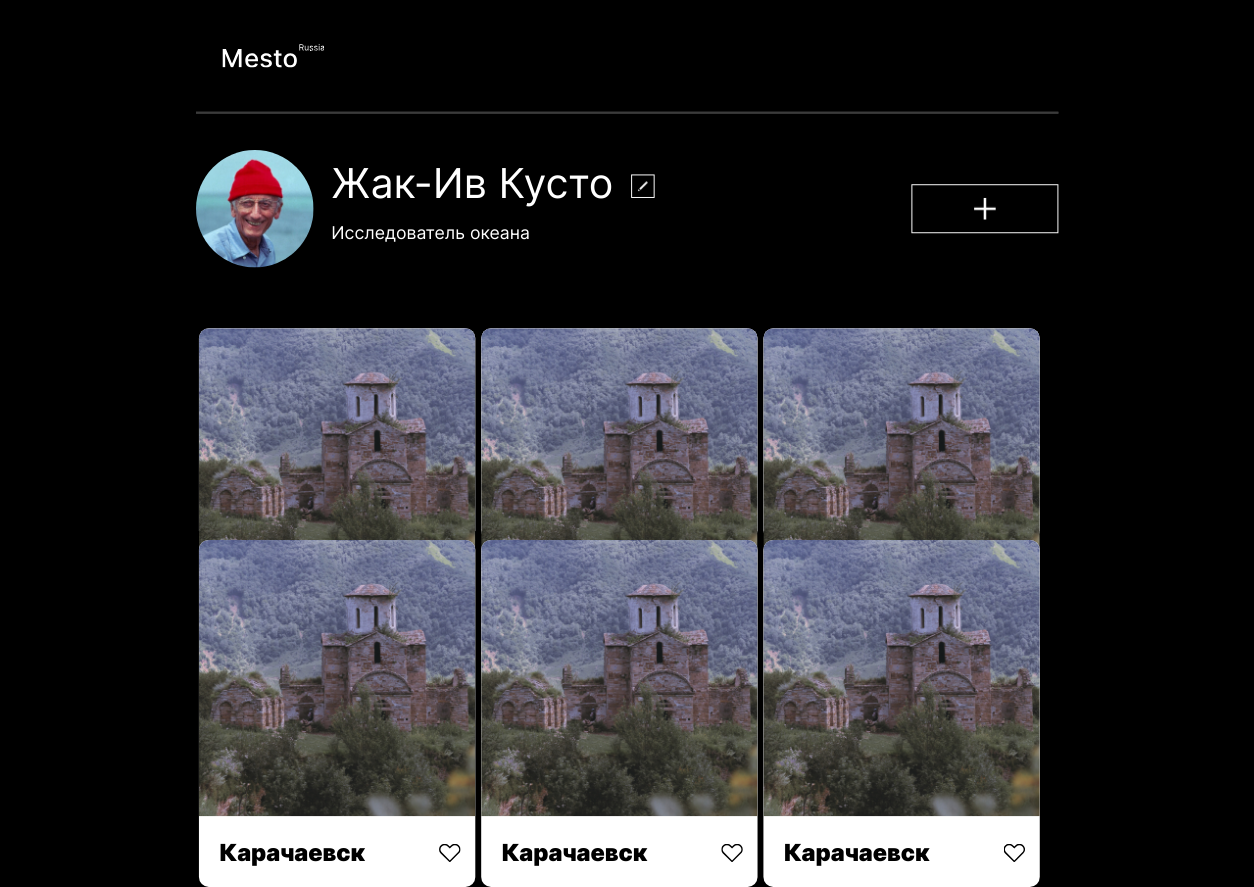
Repository: dyond/mesto
Page: index.html
The author's editor kept a copy of each file at every save. The page is drawn from the files as they stood at one save, then again after a run of saves.
The browser window is 1280 px wide. The pictures show the whole page, at 98% of full size.

Above is the page before, as saved 2022-11-28 19:48:34.

After the next 2 saves:
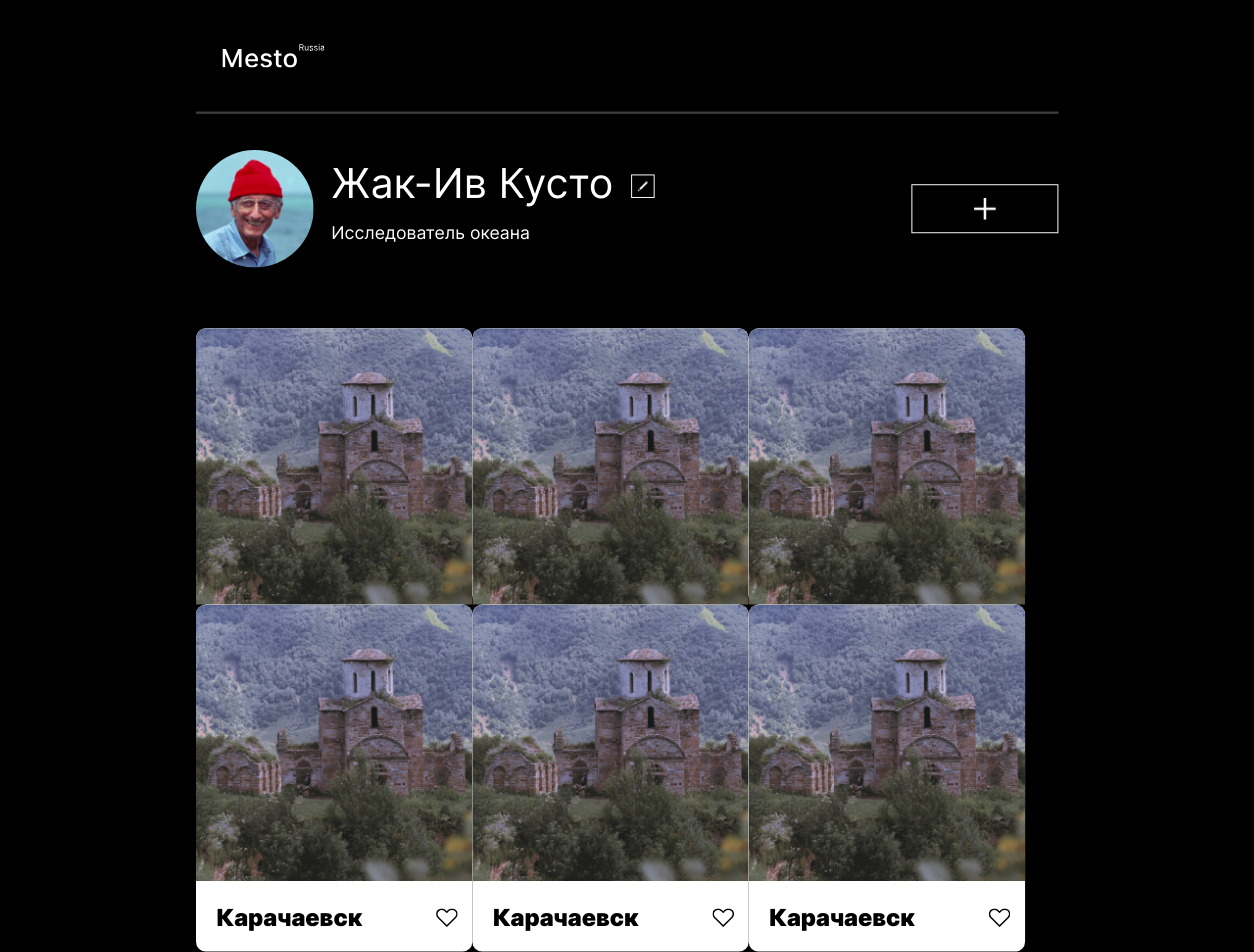
The 2 saves are shown as one change because they came seconds apart.
The last was saved 9 s later.
--- a/blocks/cards/cards.css
+++ b/blocks/cards/cards.css
@@ -1,5 +1,5 @@
 .cards{
   display: grid;
-  grid-template-columns: repeat(auto-fill, 288px);
-    grid-template-rows: repeat(auto-fill, 216px);
+  grid-template-columns: repeat(auto-fill, 282px);
+    grid-template-rows: repeat(auto-fill, 282px);
 }
